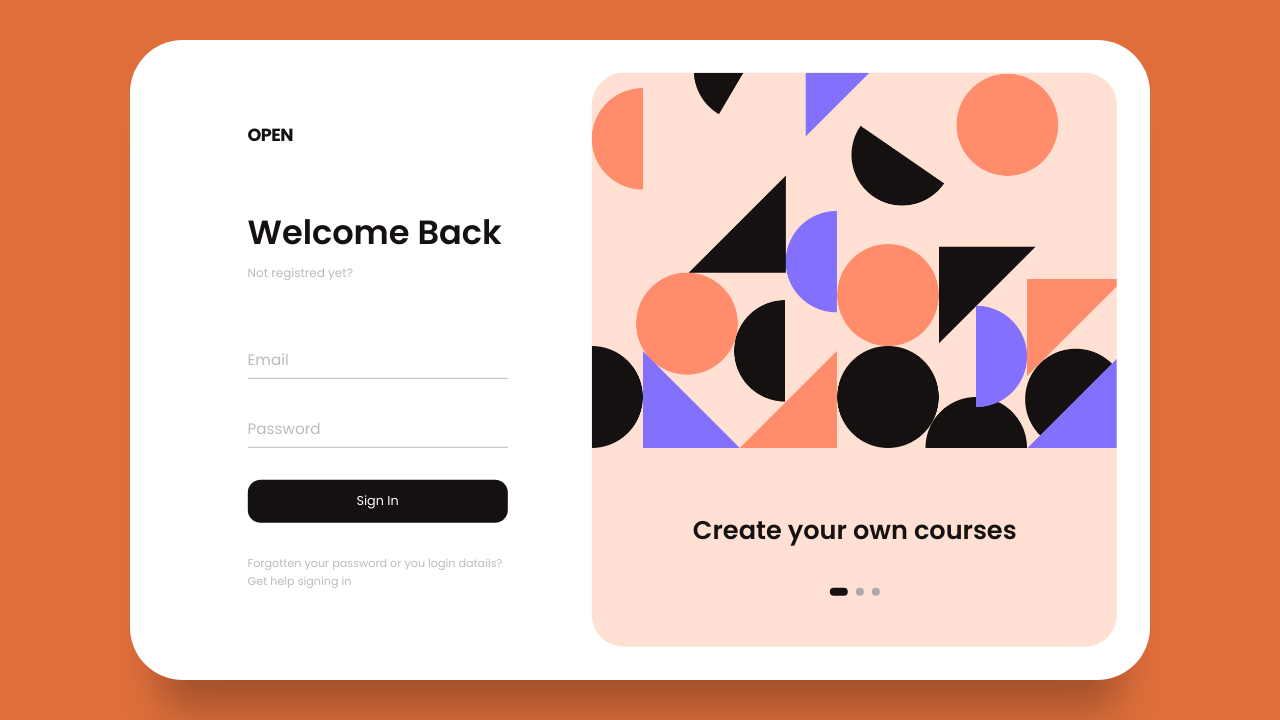
Repository: subashsigdel/TeamEverest
Page: backend/Mypark/customer/templates/customer/login.html
The author's editor kept a copy of each file at every save. The page is drawn from the files as they stood at one save, then again after a run of saves.
The browser window is 1280 px wide. The pictures show the whole page.
The template is drawn by Django 4.2. The application's start-up code is not run. Other server files are loaded and not shown. The template is opened directly, without the code that normally fills it, so the values that code supplies are empty.

Above is the page before, as saved 2023-09-16 03:37:54.

### backend/Mypark/customer/templates/customer/login.html
{% load static %}
<!DOCTYPE html>

<html lang="en">

<head>
  <meta charset="UTF-8">
  <meta name="viewport" content="width=device-width, initial-scale=1.0">
  <title>Login Form | OpenPark</title>
  <link rel="stylesheet" href="{%  static 'customer/css/login.css' %}" />
  <link rel="stylesheet" href="{%  static 'customer/css/styles.css' %}" />


</head>

<body>
  <main>
    <div class="box">
      <div class="inner-box">
        <div class="forms-wrap">
          <form action="{% url 'login' %}" autocomplete="off" class="sign-in-form" method="POST">
            {% csrf_token %}
            <div class="logo">
              {% comment %} <img src="{%  static 'customer/img/logo.png' %}" alt="easyclass" /> {% endcomment %}
              <h4>OPEN</h4>
            </div>

            <div class="heading">
              <h2>Welcome Back</h2>
              <h6>Not registred yet?</h6>
              <!-- <a href="{% url 'register' %}">Sign up</a> -->
            </div>

            <div class="actual-form">
              <div class="input-wrap">
                <input type="text" minlength="4" name="username" class="input-field" autocomplete="off" required />
                <label>Email</label>
              </div>

              <div class="input-wrap">
                <input type="password" minlength="4" class="input-field" autocomplete="off" name="password" required />
                <label>Password</label>




              </div>
              {% if message %}
              <div>{{ message }}</div>
              {% endif %}


              <input type="submit" value="Sign In" class="sign-btn" />

              <p class="text">
                Forgotten your password or you login datails?
                <a href="#">Get help</a> signing in
              </p>
            </div>
          </form>

        </div>

        <div class="carousel">
          <div class="images-wrapper">
            <img src="{%  static 'customer/img/image1.png' %}" class="image img-1 show" alt="" />
            <img src="{%  static 'customer/img/image2.png' %}" class="image img-2" alt="" />
            <img src="{%  static 'customer/img/image3.png' %}" class="image img-3" alt="" />
          </div>

          <div class="text-slider">
            <div class="text-wrap">
              <div class="text-group">
                <h2>Create your own courses</h2>
                <h2>Customize as you like</h2>
                <h2>Invite students to your class</h2>
              </div>
            </div>

            <div class="bullets">
              <span class="active" data-value="1"></span>
              <span data-value="2"></span>
              <span data-value="3"></span>
            </div>
          </div>
        </div>
      </div>
    </div>
  </main>

  <!-- Javascript file -->

  <script src="{%  static 'customer/js/login.js' %}"></script>
</body>

</html>

### backend/Mypark/static/customer/css/login.css
@import url("https://fonts.googleapis.com/css2?family=Poppins:wght@200;300;400;500;600;700;800&display=swap");

*,
*::before,
*::after {
  padding: 0;
  margin: 0;
  box-sizing: border-box;
}

body,
input {
  font-family: "Poppins", sans-serif;
}

main {
  width: 100%;
  min-height: 100vh;
  overflow: hidden;
  background-color: #de6f3b;
  padding: 2rem;
  display: flex;
  align-items: center;
  justify-content: center;
}

.box {
  position: relative;
  width: 100%;
  max-width: 1020px;
  height: 640px;
  background-color: #fff;
  border-radius: 3.3rem;
  box-shadow: 0 60px 40px -30px rgba(0, 0, 0, 0.27);
}

.inner-box {
  position: absolute;
  width: calc(100% - 4.1rem);
  height: calc(100% - 4.1rem);
  top: 50%;
  left: 50%;
  transform: translate(-50%, -50%);
}

.forms-wrap {
  position: absolute;
  height: 100%;
  width: 45%;
  top: 0;
  left: 0;
  display: grid;
  grid-template-columns: 1fr;
  grid-template-rows: 1fr;
  transition: 0.8s ease-in-out;
}

form {
  max-width: 260px;
  width: 100%;
  margin: 0 auto;
  height: 100%;
  display: flex;
  flex-direction: column;
  justify-content: space-evenly;
  grid-column: 1 / 2;
  grid-row: 1 / 2;
  transition: opacity 0.02s 0.4s;
}

form.sign-up-form {
  opacity: 0;
  pointer-events: none;
}

.logo {
  display: flex;
  align-items: center;
}

.logo img {
  width: 27px;
  margin-right: 0.3rem;
}

.logo h4 {
  font-size: 1.1rem;
  margin-top: -9px;
  letter-spacing: -0.5px;
  color: #151111;
}

.heading h2 {
  font-size: 2.1rem;
  font-weight: 600;
  color: #151111;
}

.heading h6 {
  color: #bababa;
  font-weight: 400;
  font-size: 0.75rem;
  display: inline;
}

.toggle {
  color: #151111;
  text-decoration: none;
  font-size: 0.75rem;
  font-weight: 500;
  transition: 0.3s;
}

.toggle:hover {
  color: #de6f3b;
}

.input-wrap {
  position: relative;
  height: 37px;
  margin-bottom: 2rem;
}

.input-field {
  position: absolute;
  width: 100%;
  height: 100%;
  background: none;
  border: none;
  outline: none;
  border-bottom: 1px solid #bbb;
  padding: 0;
  font-size: 0.95rem;
  color: #151111;
  transition: 0.4s;
}

label {
  position: absolute;
  left: 0;
  top: 50%;
  transform: translateY(-50%);
  font-size: 0.95rem;
  color: #bbb;
  pointer-events: none;
  transition: 0.4s;
}

.input-field.active {
  border-bottom-color: #151111;
}

.input-field.active + label {
  font-size: 0.75rem;
  top: -2px;
}

.sign-btn {
  display: inline-block;
  width: 100%;
  height: 43px;
  background-color: #151111;
  color: #fff;
  border: none;
  cursor: pointer;
  border-radius: 0.8rem;
  font-size: 0.8rem;
  margin-bottom: 2rem;
  transition: 0.3s;
}

.sign-btn:hover {
  background-color: #de6f3b;
}

.text {
  color: #bbb;
  font-size: 0.7rem;
}

.text a {
  color: #bbb;
  transition: 0.3s;
}

.text a:hover {
  color: #8371fd;
}

main.sign-up-mode form.sign-in-form {
  opacity: 0;
  pointer-events: none;
}

main.sign-up-mode form.sign-up-form {
  opacity: 1;
  pointer-events: all;
}

main.sign-up-mode .forms-wrap {
  left: 55%;
}

main.sign-up-mode .carousel {
  left: 0%;
}

.carousel {
  position: absolute;
  height: 100%;
  width: 55%;
  left: 45%;
  top: 0;
  background-color: #ffe0d2;
  border-radius: 2rem;
  display: grid;
  grid-template-rows: auto 1fr;
  padding-bottom: 2rem;
  overflow: hidden;
  transition: 0.8s ease-in-out;
}

.images-wrapper {
  display: grid;
  grid-template-columns: 1fr;
  grid-template-rows: 1fr;
}

.image {
  width: 100%;
  grid-column: 1/2;
  grid-row: 1/2;
  opacity: 0;
  transition: opacity 0.3s, transform 0.5s;
}

.img-1 {
  transform: translate(0, -50px);
}

.img-2 {
  transform: scale(0.4, 0.5);
}

.img-3 {
  transform: scale(0.3) rotate(-20deg);
}

.image.show {
  opacity: 1;
  transform: none;
}

.text-slider {
  display: flex;
  align-items: center;
  justify-content: center;
  flex-direction: column;
}

.text-wrap {
  max-height: 2.2rem;
  overflow: hidden;
  margin-bottom: 2.5rem;
}

.text-group {
  display: flex;
  flex-direction: column;
  text-align: center;
  transform: translateY(0);
  transition: 0.5s;
}

.text-group h2 {
  line-height: 2.2rem;
  font-weight: 600;
  font-size: 1.6rem;
}

.bullets {
  display: flex;
  align-items: center;
  justify-content: center;
}

.bullets span {
  display: block;
  width: 0.5rem;
  height: 0.5rem;
  background-color: #aaa;
  margin: 0 0.25rem;
  border-radius: 50%;
  cursor: pointer;
  transition: 0.3s;
}

.bullets span.active {
  width: 1.1rem;
  background-color: #151111;
  border-radius: 1rem;
}

@media (max-width: 850px) {
  .box {
    height: auto;
    max-width: 550px;
    overflow: hidden;
  }

  .inner-box {
    position: static;
    transform: none;
    width: revert;
    height: revert;
    padding: 2rem;
  }

  .forms-wrap {
    position: revert;
    width: 100%;
    height: auto;
  }

  form {
    max-width: revert;
    padding: 1.5rem 2.5rem 2rem;
    transition: transform 0.8s ease-in-out, opacity 0.45s linear;
  }

  .heading {
    margin: 2rem 0;
  }

  form.sign-up-form {
    transform: translateX(100%);
  }

  main.sign-up-mode form.sign-in-form {
    transform: translateX(-100%);
  }

  main.sign-up-mode form.sign-up-form {
    transform: translateX(0%);
  }

  .carousel {
    position: revert;
    height: auto;
    width: 100%;
    padding: 3rem 2rem;
    display: flex;
  }

  .images-wrapper {
    display: none;
  }

  .text-slider {
    width: 100%;
  }
}

@media (max-width: 530px) {
  main {
    padding: 1rem;
  }

  .box {
    border-radius: 2rem;
  }

  .inner-box {
    padding: 1rem;
  }

  .carousel {
    padding: 1.5rem 1rem;
    border-radius: 1.6rem;
  }

  .text-wrap {
    margin-bottom: 1rem;
  }

  .text-group h2 {
    font-size: 1.2rem;
  }

  form {
    padding: 1rem 2rem 1.5rem;
  }
}

### backend/Mypark/static/customer/css/styles.css
/*===== GOOGLE FONTS =====*/
@import url('https://fonts.googleapis.com/css2?family=Poppins:wght@400;600;700&display=swap');

/*===== VARIABLES CSS =====*/
:root {
  --header-height: 3rem;

  /*========== Colors ==========*/
  --first-color: #da5525;
  --first-color-alt: #c45521;
  --first-color-send: #de6f3b;
  --title-color: #161212;
  --text-color: #5B5757;
  --text-color-light: #8F8A8A;
  --body-color: #FEFBFB;
  --container-color: #FFF;

  /*========== Font and typography ==========*/
  --body-font: 'Poppins', sans-serif;
  --biggest-font-size: 2rem;
  --h2-font-size: 1.25rem;
  --h3-font-size: 1.125rem;
  --normal-font-size: .938rem;
  --small-font-size: .813rem;

  /*========== Font weight ==========*/
  --font-semi-bold: 600;
  --font-bold: 700;

  /*========== Margenes ==========*/
  --mb-1: .5rem;
  --mb-2: 1rem;
  --mb-3: 1.5rem;
  --mb-4: 2rem;
  --mb-5: 2.5rem;
  --mb-6: 3rem;
  /*========== z index ==========*/

  --z-tooltip: 10;
  --z-fixed: 100;
}

@media screen and (min-width: 968px){
  :root{
    --biggest-font-size: 3rem;
    --h2-font-size: 1.75rem;
    --h3-font-size: 1.25rem;
    --normal-font-size: 1rem;
    --small-font-size: .875rem;
  }
}

/*========== BASE ==========*/
*,::before,::after{
  box-sizing: border-box;
}



html{
  scroll-behavior: smooth;
}

/*========== Variables Dark theme ==========*/
body.dark-theme{
  --first-color-send: #161212;
  --title-color: #F3F1F1;
  --text-color: #D1C7C8;
  --body-color: #251D1E;
  --container-color: #302728;
}

/*========== Button Dark/Light ==========*/
.change-theme{
  position: absolute;
  right: 1.5rem;
  top: 2.2rem;
  display: flex;
  color: var(--title-color);
  font-size: 2rem;
  cursor: pointer;
}

body{
  margin: var(--header-height) 0 0 0;
  font-family: var(--body-font);
  font-size: var(--normal-font-size);
  background-color: var(--body-color);
  color: var(--text-color);
  line-height: 1.6;
}

h1,h2,h3,ul,p{
  margin: 0;
}

h1,h2,h3{
  font-weight: var(--font-semi-bold);
  color: var(--title-color);
}

ul{
  padding: 0;
  list-style: none;
}

a{
  text-decoration: none;
}

img{
  max-width: 100%;
  height: auto;
}

/*========== CLASS CSS ==========*/
.section{
  padding: 4rem 0 2rem;
}

.section-title, .section-title-center{
  font-size: var(--h2-font-size);
  color: var(--title-color);
  text-align: center;
  margin-bottom: var(--mb-3);
}

/*========== LAYOUT ==========*/
.l-main{
  overflow: hidden;
}

.bd-container{
  max-width: 968px;
  width: calc(100% - 3rem);
  margin-left: var(--mb-3);
  margin-right: var(--mb-3);
}

.bd-grid{
  display: grid;
  gap: 1.5rem;
}

.l-header{
  width: 100%;
  position: fixed;
  top: 0;
  left: 0;
  z-index: var(--z-fixed);
  background-color: var(--body-color);
}

/*========== NAV ==========*/
.nav{
  height: var(--header-height);
  display: flex;
  justify-content: space-between;
  align-items: center;
}

@media screen and (max-width: 768px){
  .nav__menu{
    position: fixed;
    top: -100%;
    left: 0;
    right: 0;
    width: 90%;
    margin: 0 auto;
    padding: 2.5rem 0 0;
    text-align: center;
    background-color: var(--body-color);
    transition: .4s;
    box-shadow: 0 0 4px rgba(0,0,0,.1);
    border-radius: 2rem;
    z-index: var(--z-fixed);
  }
}

.nav__item{
  margin-bottom: var(--mb-3);
}

.nav__link, .nav__logo, .nav__toggle{
  color: var(--title-color);
  font-weight: var(--font-semi-bold);
}

.nav__logo:hover{
  color: var(--first-color);
}

.nav__link{
  transition: .3s;
}

.nav__link:hover{
  color: var(--first-color);
}

.nav__toggle{
  font-size: 1.3rem;
  cursor: pointer;
}

/* Show menu */
.show-menu{
  top: calc(var(--header-height) + 1rem);
}

/* Active menu link */
.active-link{
  position: relative;
}

.active-link::before{
  content: '';
  position: absolute;
  bottom: -.75rem;
  left: 45%;
  width: 5px;
  height: 5px;
  background-color: var(--title-color);
  border-radius: 50%;
}

/* Change background header */
.scroll-header{
  box-shadow: 0 1px 4px rgba(0,0,0,.1);
}

/* Scroll top */
.scrolltop{
  position: fixed;
  right: 1rem;
  bottom: -20%;
  display: flex;
  justify-content: center;
  align-items: center;
  padding: .3rem;
  background: rgba(218,37,53,.5);
  border-radius: .4rem;
  z-index: var(--z-tooltip);
  transition: .4s;
  visibility: hidden;
}

.scrolltop:hover{
  background-color: var(--first-color);
}

.scrolltop__icon{
  font-size: 1.5rem;
  color: var(--body-color);
}

.show-scroll{
  visibility: visible;
  bottom: 1.5rem;
}

/*========== HOME ==========*/
.home__container{
  row-gap: .5rem;
}

.home__img{
  width: 280px;
  justify-self: center;
}

.home__title{
  font-size: var(--biggest-font-size);
  font-weight: var(--font-bold);
  margin-bottom: var(--mb-2);
}

.home__description{
  margin-bottom: var(--mb-3);
}

/*========== BUTTONS ==========*/
.button{
  display: inline-block;
  background-color: var(--first-color);
  color: #fff;
  padding: 1rem 1.5rem;
  border-radius: .5rem;
  font-weight: var(--font-semi-bold);
  transition: .3s;
}

.button:hover{
  background-color: var(--first-color-alt);
}

.button-link{
  background: none;
  padding: 0;
  color: var(--first-color);
}

.button-link:hover{
  background-color: transparent;
  color: var(--first-color-alt);
}

/*========== SHARE ==========*/
.share__data{
  text-align: center;
}

.share__description{
  margin-bottom: var(--mb-2);
}

.share__img{
  width: 280px;
  justify-self: center;
}

/*========== DECORATION ==========*/
.decoration__container{
  grid-template-columns: repeat(auto-fit, minmax(220px, 1fr));
}

.decoration__data{
  text-align: center;
  padding: 1rem 1rem 2rem;
  background-color: var(--container-color);
  box-shadow: 0 2px 6px rgba(65,11,16,.15);
  border-radius: 1rem;
}

.decoration__data:hover{
  box-shadow: 0 3px 12px rgba(65,11,16,.15);
}

.decoration__img{
  width: 180px;
}

.decoration__title{
  font-size: var(--h3-font-size);
  margin-bottom: var(--mb-1);
}

/*========== ACCESSORIES ==========*/
.accessory__container{
  grid-template-columns: repeat(2,1fr);
  padding-bottom: 2rem;
}

.accessory__content{
  position: relative;
  display: grid;
  padding: .25rem .75rem .75rem;
  background-color: var(--container-color);
  box-shadow: 0 2px 6px rgba(65,11,16,.15);
  border-radius: 1rem;
}

.accessory__content:hover{
  box-shadow: 0 3px 12px rgba(65,11,16,.15);
}

.accessory__img{
  width: 110px;
  justify-self: center;
  margin-bottom: .25rem;
}

.accessory__title, .accessory__category{
  text-align: center;
}

.accessory__title{
  font-size: var(--normal-font-size);
}

.accessory__category{
  font-size: var(--small-font-size);
  margin-bottom: var(--mb-1);
  color: var(--text-color-light);
}

.accessory__preci{
  font-weight: var(--font-semi-bold);
  color: var(--title-color);
}

.accessory__button{
  position: absolute;
  bottom: 0;
  right: 0;
  display: flex;
  font-size: 1.25rem;
  padding: .5rem .625rem;
  border-radius: 1rem 0 1rem 0;
}

/*========== SEND GIFT ==========*/
.send{
  background-color: var(--first-color-send);
}

.send__title, .send__description{
  color: #fff;
}

.send__description{
  text-align: center;
  margin-bottom: var(--mb-4);
}

.send__direction{
  display: flex;
  justify-content: space-between;
  background-color: #fff;
  padding: .5rem;
  border-radius: .5rem;
}

.send__input{
  width: 70%;
  outline: none;
  border: none;
  font-size: var(--normal-font-size);
  font-family: var(--body-font);
}

.send__input::placeholder{
  font-family: var(--body-font);
}

.send__img{
  width: 280px;
  justify-self: center;
}

/*========== FOOTER ==========*/
.footer__container{
  grid-template-columns: repeat(auto-fit, minmax(220px, 1fr));
}

.footer__logo{
  color: var(--title-color);
}

.footer__title{
  margin-bottom: var(--mb-2);
}

.footer__logo, .footer__title{
  font-size: var(--h3-font-size);
}

.footer__link{
  display: inline-block;
  margin-bottom: .75rem;
  color: var(--text-color);
}

.footer__link:hover{
  color: var(--first-color);
}

.footer__social{
  font-size: 1.5rem;
  color: var(--title-color);
  margin-right: var(--mb-3);
}

.footer__social:hover{
  color: var(--first-color);
}

.footer__copy{
  text-align: center;
  font-size: var(--small-font-size);
  color: var(--text-color-light);
  margin-top: 4rem;
}

/*========== MEDIA QUERIES ==========*/

/* For full-screen images on small screens */
@media screen and (max-width: 359px){
  .home__img,
  .share__img,
  .send__img{
    width: 100%;
  }
}

@media screen and (min-width: 576px){
  .home__container,
  .share__container,
  .send__container{
    grid-template-columns: repeat(2,1fr);
    align-items: center;
  }

  .home__container{
    padding: 5rem 0 0;
  }

  .home__img{
    order: 1;
  }

  .section-title-center,
  .share__data,
  .send__description{
    text-align: initial;
  }

  .home__img,
  .share__img,
  .send__img{
    width: 100%;
  }

  .share__img{
    order: -1;
  }
}

@media screen and (min-width: 768px){
  body{
    margin: 0;
  }

  .section{
    padding-top: 7rem;
  }

  .nav{
    height: calc(var(--header-height) + 1.5rem);
  }

  .nav__list{
    display: flex;
    align-items: center;
  }

  .nav__item{
    margin-left: var(--mb-5);
    margin-bottom: 0;
  }

  .nav__toggle{
    display: none;
  }

  .change-theme{
    position: initial;
    margin-left: var(--mb-4);
  }

  .home__container{
    padding: 7rem 2rem 0;
  }

  .share__container{
    padding: 0 2rem;
  }

  .accessory__container{
    grid-template-columns: repeat(3,224px);
    justify-content: center;
  }

  .accessory__content{
    padding: .5rem 1.5rem 1.5rem;
  }

  .accessory__img{
    width: 120px;
    margin-bottom: var(--mb-1);
  }

  .accessory__title, .accessory__category{
    text-align: initial;
  }

  .accessory__button{
    padding: .75rem;
  }

  .send{
    background: none;
  }

  .send__container{
    background-color: var(--first-color-send);
    padding: 2rem;
    border-radius: 1.5rem;
  }
}

@media screen and (min-width: 968px){
  .bd-container{
    margin-left: auto;
    margin-right: auto;
  }

  .home__img,
  .share__img,
  .send__img{
    width: 469px;
  }

  .home__container,
  .share__container,
  .send__container{
    column-gap: 5rem;
  }
}
.nav-button{
  display: inline-block;
  background-color: var(--first-color);
  color: #fff;
  padding: 0.5rem 1.5rem;
  border-radius: .5rem;
  font-weight: var(--font-semi-bold);
  transition: .3s;
}

.nav-button:hover{
  background-color: var(--first-color-alt);
}

.orange{
  color: var(--first-color);
}

.shadow{
  box-shadow: 0 0 4px rgba(0,0,0,.1);
  display: flex;
  flex-direction: row;
}

### backend/Mypark/static/customer/js/login.js
const inputs = document.querySelectorAll(".input-field");
const toggle_btn = document.querySelectorAll(".toggle");
const main = document.querySelector("main");
const bullets = document.querySelectorAll(".bullets span");
const images = document.querySelectorAll(".image");

inputs.forEach((inp) => {
  inp.addEventListener("focus", () => {
    inp.classList.add("active");
  });
  inp.addEventListener("blur", () => {
    if (inp.value != "") return;
    inp.classList.remove("active");
  });
});

toggle_btn.forEach((btn) => {
  btn.addEventListener("click", () => {
    main.classList.toggle("sign-up-mode");
  });
});

function moveSlider() {
  let index = this.dataset.value;

  let currentImage = document.querySelector(`.img-${index}`);
  images.forEach((img) => img.classList.remove("show"));
  currentImage.classList.add("show");

  const textSlider = document.querySelector(".text-group");
  textSlider.style.transform = `translateY(${-(index - 1) * 2.2}rem)`;

  bullets.forEach((bull) => bull.classList.remove("active"));
  this.classList.add("active");
}

bullets.forEach((bullet) => {
  bullet.addEventListener("click", moveSlider);
});

After the next 8 saves:
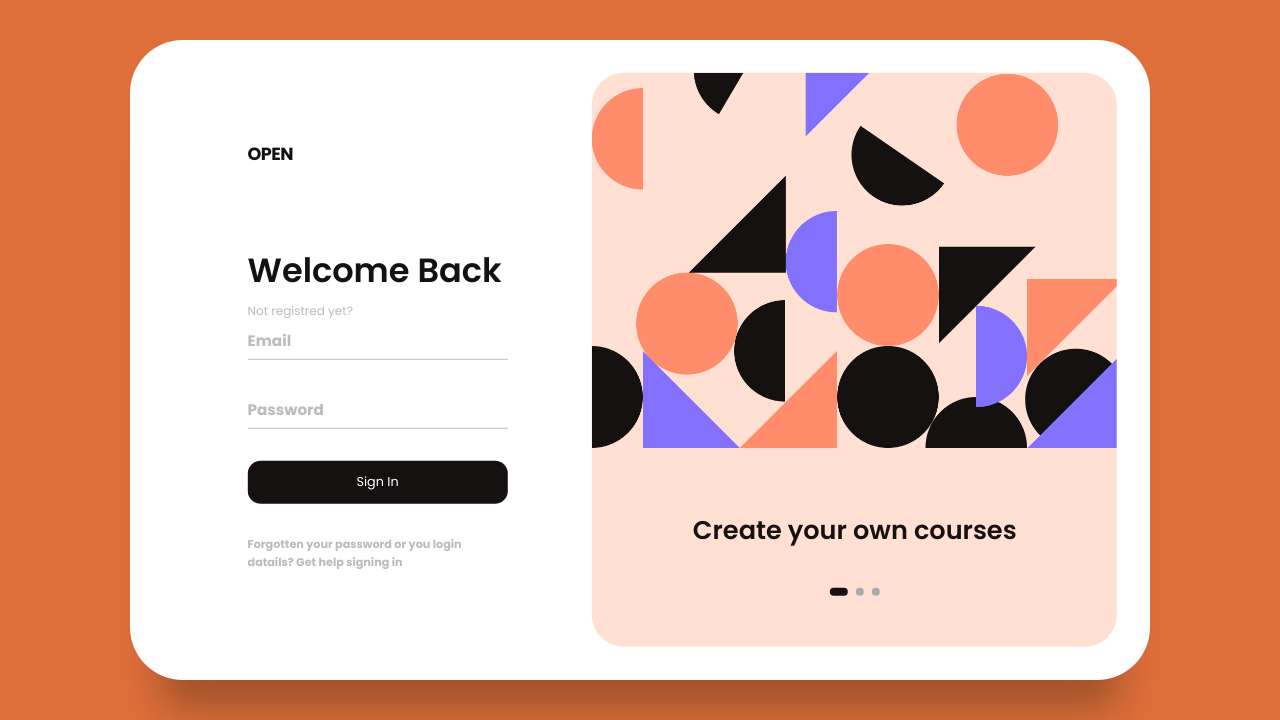
The 8 saves are shown as one change because they came seconds apart.
The last was saved 26 s later.
--- a/backend/Mypark/customer/templates/customer/login.html
+++ b/backend/Mypark/customer/templates/customer/login.html
@@ -22,7 +22,7 @@
             {% csrf_token %}
             <div class="logo">
               {% comment %} <img src="{%  static 'customer/img/logo.png' %}" alt="easyclass" /> {% endcomment %}
-              <h4>OPEN</h4>
+              <h4>OPEN <b></</h4>
             </div>
 
             <div class="heading">

After the 4 saves that followed:
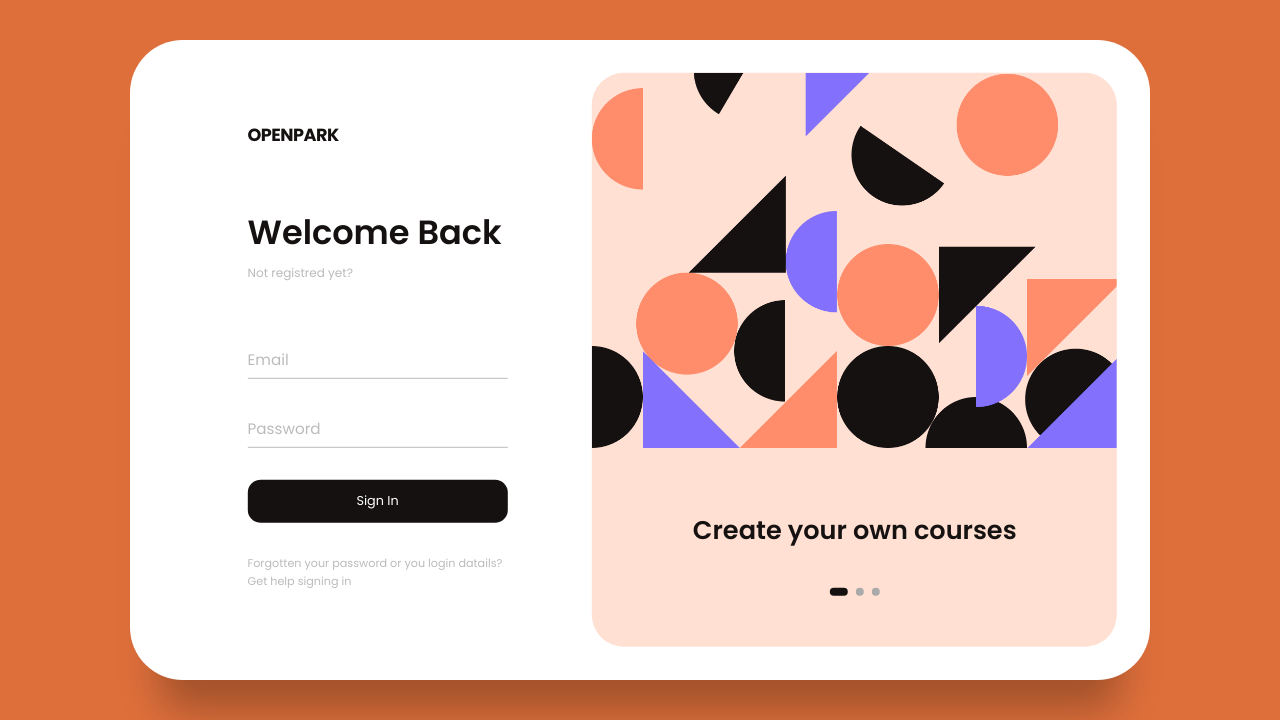
The 4 saves are shown as one change because they came seconds apart.
The last was saved 11 s later.
--- a/backend/Mypark/customer/templates/customer/login.html
+++ b/backend/Mypark/customer/templates/customer/login.html
@@ -22,7 +22,7 @@
             {% csrf_token %}
             <div class="logo">
               {% comment %} <img src="{%  static 'customer/img/logo.png' %}" alt="easyclass" /> {% endcomment %}
-              <h4>OPEN <b></</h4>
+              <h4>OPEN<b>PARK</b></h4>
             </div>
 
             <div class="heading">
